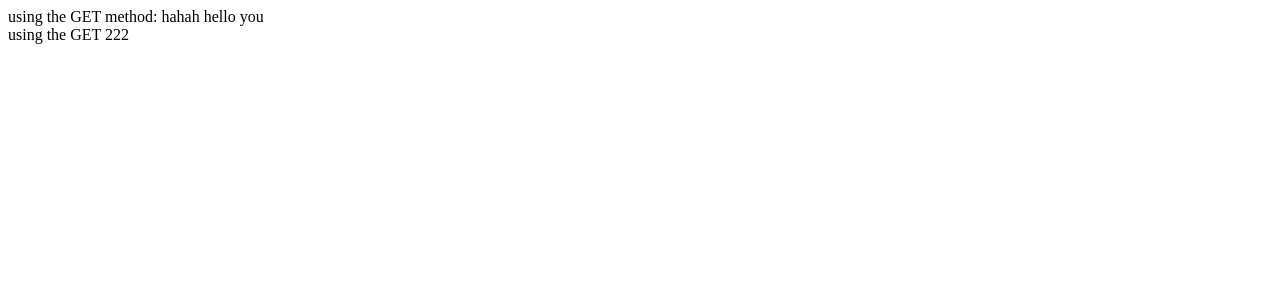
Repository: yksdy/yksdy
Page: http://localhost/servlet/servlet/InjectionServlet
These files come from the project's save history. The page is drawn as it stood at one moment and after the next save; the edit follows.
The browser window is 1280 px wide. The pictures show the whole page.
The page is served by Tomcat 9. Other server files are loaded and not shown.

Above is the page before, as saved 2017-05-28 14:47:27.

### LongLeg/servlet/src/servlet/InjectionServlet.java
package servlet;

import java.io.IOException;
import java.io.PrintWriter;

import javax.annotation.Resource;
import javax.servlet.ServletException;
import javax.servlet.http.HttpServlet;
import javax.servlet.http.HttpServletRequest;
import javax.servlet.http.HttpServletResponse;

public class InjectionServlet extends HttpServlet {

	private @Resource(name="hello") String hello;
	private @Resource(name="x") int y;
	@Resource(name="person")
	private String per;
	/**
	 * The doGet method of the servlet. <br>
	 *
	 * This method is called when a form has its tag value method equals to get.
	 *
	 * @param request the request send by the client to the server
	 * @param response the response send by the server to the client
	 * @throws ServletException if an error occurred
	 * @throws IOException if an error occurred
	 */

	public void doGet(HttpServletRequest request, HttpServletResponse response)
			throws ServletException, IOException {

		response.setContentType("text/html");
		PrintWriter out = response.getWriter();
		out.println("<!DOCTYPE HTML PUBLIC \"-//W3C//DTD HTML 4.01 Transitional//EN\">");
		out.println("<HTML>");
		out.println("  <HEAD><TITLE>A Servlet</TITLE></HEAD>");
		out.println("  <BODY>");

		out.println("using the GET method:  "+hello+"<br/>");
		out.println("using the GET "+y);

		out.println("  </BODY>");
		out.println("</HTML>");
		out.flush();
		out.close();
	}

	/**
	 * The doPost method of the servlet. <br>
	 *
	 * This method is called when a form has its tag value method equals to post.
	 *
	 * @param request the request send by the client to the server
	 * @param response the response send by the server to the client
	 * @throws ServletException if an error occurred
	 * @throws IOException if an error occurred
	 */
	public void doPost(HttpServletRequest request, HttpServletResponse response)
			throws ServletException, IOException {

		response.setContentType("text/html");
		PrintWriter out = response.getWriter();
		out.println("<!DOCTYPE HTML PUBLIC \"-//W3C//DTD HTML 4.01 Transitional//EN\">");
		out.println("<HTML>");
		out.println("  <HEAD><TITLE>A Servlet</TITLE></HEAD>");
		out.println("  <BODY>");
		out.print("    This is ");
		out.print(this.getClass());
		out.println(", using the POST method");
		out.println("  </BODY>");
		out.println("</HTML>");
		out.flush();
		out.close();
	}

}

After the next save:
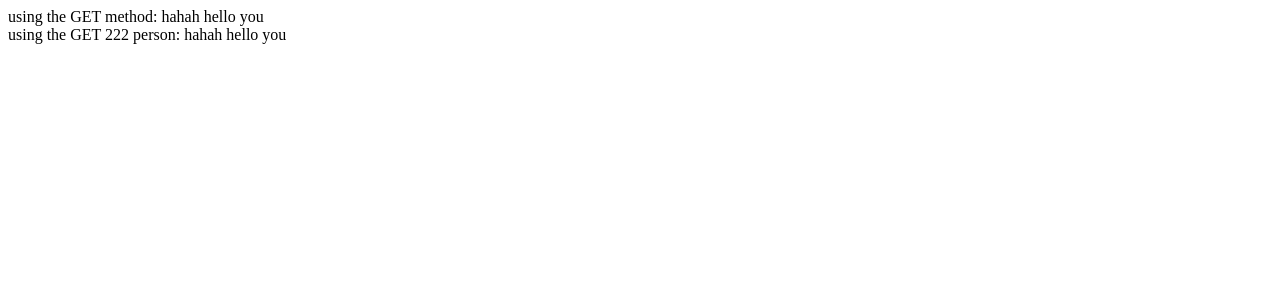
Saved 20 s later.
--- a/LongLeg/servlet/src/servlet/InjectionServlet.java
+++ b/LongLeg/servlet/src/servlet/InjectionServlet.java
@@ -38,6 +38,7 @@ public class InjectionServlet extends HttpServlet {
 
 		out.println("using the GET method:  "+hello+"<br/>");
 		out.println("using the GET "+y);
+		out.println("person:  "+hello+"<br/>");
 
 		out.println("  </BODY>");
 		out.println("</HTML>");
